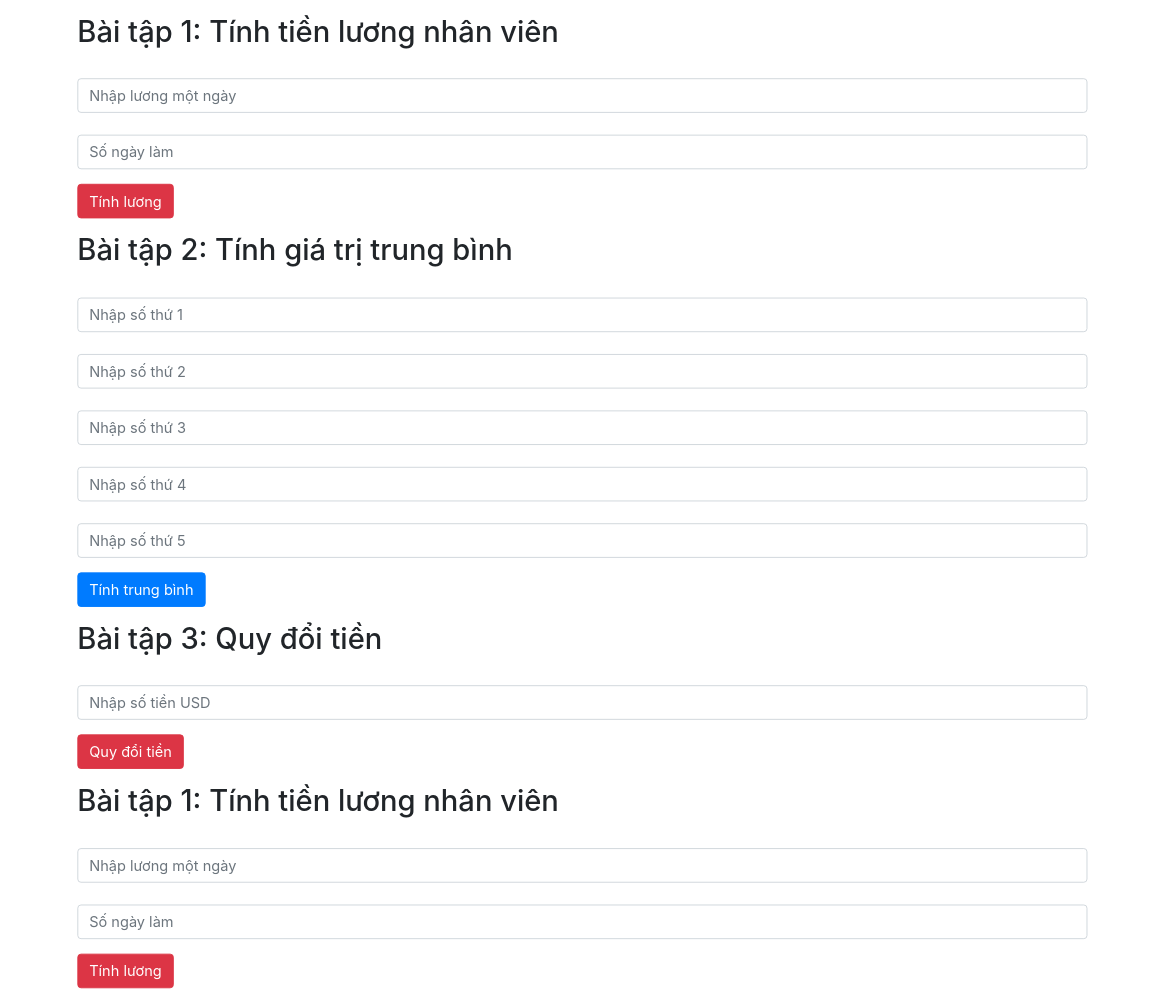
Repository: thanhfrankie/BC10-LeMinhThanh-Js-b2-3
Page: index.html
The author's editor kept a copy of each file at every save. The page is drawn from the files as they stood at one save, then again after the next save.
The browser window is 1280 px wide. The pictures show the whole page, at 91% of full size.

Above is the page before, as saved 2023-12-15 15:52:13.

### index.html
<!DOCTYPE html>
<html lang="en">
  <head>
    <title>Title</title>
    <!-- Required meta tags -->
    <meta charset="utf-8" />
    <meta
      name="viewport"
      content="width=device-width, initial-scale=1, shrink-to-fit=no"
    />

    <!-- Bootstrap CSS -->
    <link
      rel="stylesheet"
      href="https://stackpath.bootstrapcdn.com/bootstrap/4.3.1/css/bootstrap.min.css"
      integrity="sha384-ggOyR0iXCbMQv3Xipma34MD+dH/1fQ784/j6cY/iJTQUOhcWr7x9JvoRxT2MZw1T"
      crossorigin="anonymous"
    />
  </head>
  <body>
    <!-- Bài tập 1 -->
    <div class="container">
      <h2 class="mt-3">Bài tập 1: Tính tiền lương nhân viên</h2>
      <div class="form-group">
        <label for="luong-mot-ngay"></label>
        <input
          type="number"
          class="form-control"
          name=""
          id="luong-mot-ngay"
          aria-describedby="helpId"
          placeholder="Nhập lương một ngày"
          required
        />
        <label for="so-ngay-lam"></label>
        <input
          type="number"
          class="form-control"
          name=""
          id="so-ngay-lam"
          aria-describedby="helpId"
          placeholder="Số ngày làm"
          required
        />
        <button type="button" onclick="tinhLuong()" class="btn btn-danger mt-3">
          Tính lương
        </button>
      </div>
      <h2 id="luong-nhan-duoc"></h2>
    </div>
    <!-- Bài tập 2 -->
    <div class="container">
      <div class="form-group">
        <h2>Bài tập 2: Tính giá trị trung bình</h2>
        <label for="so-thu-1"></label>
        <input
          type="number"
          class="form-control"
          name=""
          id="so-thu-1"
          aria-describedby="helpId"
          placeholder="Nhập số thứ 1"
          required
        />
        <label for="so-thu-2"></label>
        <input
          type="number"
          class="form-control"
          name=""
          id="so-thu-2"
          aria-describedby="helpId"
          placeholder="Nhập số thứ 2"
          required
        />
        <label for="so-thu-3"></label>
        <input
          type="number"
          class="form-control"
          name=""
          id="so-thu-3"
          aria-describedby="helpId"
          placeholder="Nhập số thứ 3"
          required
        />
        <label for="so-thu-4"></label>
        <input
          type="number"
          class="form-control"
          name=""
          id="so-thu-4"
          aria-describedby="helpId"
          placeholder="Nhập số thứ 4"
          required
        />
        <label for="so-thu-5"></label>
        <input
          type="number"
          class="form-control"
          name=""
          id="so-thu-5"
          aria-describedby="helpId"
          placeholder="Nhập số thứ 5"
          required
        />
        <button type="button" onclick="tinhTrungBinh()" class="btn btn-primary mt-3">
          Tính trung bình
        </button>
        <h2 id="ket-qua-trung-binh"></h2>
      </div>
    </div>
    <!-- Bài tập 3-->
     <div class="container">
      <h2 class="mt-3">Bài tập 3: Quy đổi tiền</h2>
      <div class="form-group">
        <label for="so-luong-USD"></label>
        <input
          type="number"
          class="form-control"
          name=""
          id="so-luong-USD"
          aria-describedby="helpId"
          placeholder="Nhập số tiền USD"
          required
        />

        <button type="button" onclick="quyDoiTien()" class="btn btn-danger mt-3">
         Quy đổi tiền
        </button>
      </div>
      <h2 id="so-luong-VND"></h2>
    </div>

    <!-- Bài tập 4 -->
    <div class="container">
      <h2 class="mt-3">Bài tập 1: Tính tiền lương nhân viên</h2>
      <div class="form-group">
        <label for="luong-mot-ngay"></label>
        <input
          type="number"
          class="form-control"
          name=""
          id="luong-mot-ngay"
          aria-describedby="helpId"
          placeholder="Nhập lương một ngày"
          required
        />
        <label for="so-ngay-lam"></label>
        <input
          type="number"
          class="form-control"
          name=""
          id="so-ngay-lam"
          aria-describedby="helpId"
          placeholder="Số ngày làm"
          required
        />
        <button type="button" onclick="tinhLuong()" class="btn btn-danger mt-3">
          Tính lương
        </button>
      </div>
      <h2 id="luong-nhan-duoc"></h2>
    </div>
    <!-- Optional JavaScript -->
    <!-- jQuery first, then Popper.js, then Bootstrap JS -->
    <script
      src="https://code.jquery.com/jquery-3.3.1.slim.min.js"
      integrity="sha384-q8i/X+965DzO0rT7abK41JStQIAqVgRVzpbzo5smXKp4YfRvH+8abtTE1Pi6jizo"
      crossorigin="anonymous"
    ></script>
    <script
      src="https://cdnjs.cloudflare.com/ajax/libs/popper.js/1.14.7/umd/popper.min.js"
      integrity="sha384-UO2eT0CpHqdSJQ6hJty5KVphtPhzWj9WO1clHTMGa3JDZwrnQq4sF86dIHNDz0W1"
      crossorigin="anonymous"
    ></script>
    <script
      src="https://stackpath.bootstrapcdn.com/bootstrap/4.3.1/js/bootstrap.min.js"
      integrity="sha384-JjSmVgyd0p3pXB1rRibZUAYoIIy6OrQ6VrjIEaFf/nJGzIxFDsf4x0xIM+B07jRM"
      crossorigin="anonymous"
    ></script>
    <script src="./index.js"></script>
  </body>
</html>

### index.js
// Bài tập 1
/**
 * B1: tạo biến, lấy giá trị từ input
 * B2: Tính lương
 * + tạo biến để tính lương: lương 1 ngày * số ngày làm
 * + gán sự kiện click cho button
 * B3: hiển thị kết quả
 */
function tinhLuong() {
  // B1:
  var luongMotNgay = document.getElementById("luong-mot-ngay").value;
  var soNgayLam = document.getElementById("so-ngay-lam").value;
  // B2, B3:
  var luongNhanDuoc = document.getElementById("luong-nhan-duoc");
  luongNhanDuoc.innerText = luongMotNgay * soNgayLam;
}
// Bài tập 2
/**
 * B1: tạo biến, lấy giá trị từ input
 * B2: Tính giá trị trung bình
 * + tạo biến để tính giá trị trung bình: tổng các giá trị đã nhập / số giá trị đã nhập
 * + gán sự kiện click cho button
 * B3: hiển thị kết quả
 */
function tinhTrungBinh() {
    var soThu1 = document.getElementById("so-thu-1").value  *1
    var soThu2 = document.getElementById("so-thu-2").value  *1
    var soThu3 = document.getElementById("so-thu-3").value *1
    var soThu4 = document.getElementById("so-thu-4").value *1
    var soThu5 = document.getElementById("so-thu-5").value *1

    var trungBinh =   (soThu1 + soThu2 + soThu3 + soThu4 + soThu5) /5
    var ketQua = document.getElementById("ket-qua-trung-binh")
    ketQua.innerText = trungBinh
}

// Bài tập 3
/**
 * B1: tạo biến, lấy giá trị từ input
 * B2: Tính ra số lượng VND theo số USD đã nhập
 * + tạo biến để tính lượng VND: tổng VND = tổng USD *23500
 * + gán sự kiện click cho button
 * B3: hiển thị kết quả
 */
function quyDoiTien() {
    var giaMotUSD = 23500
    var soLuongUSD = document.getElementById("so-luong-USD").value *1

    var quyDoiSangVND = soLuongUSD * giaMotUSD

    var soLuongVND = document.getElementById("so-luong-VND")
    soLuongVND.innerText = quyDoiSangVND
}

After the next save:
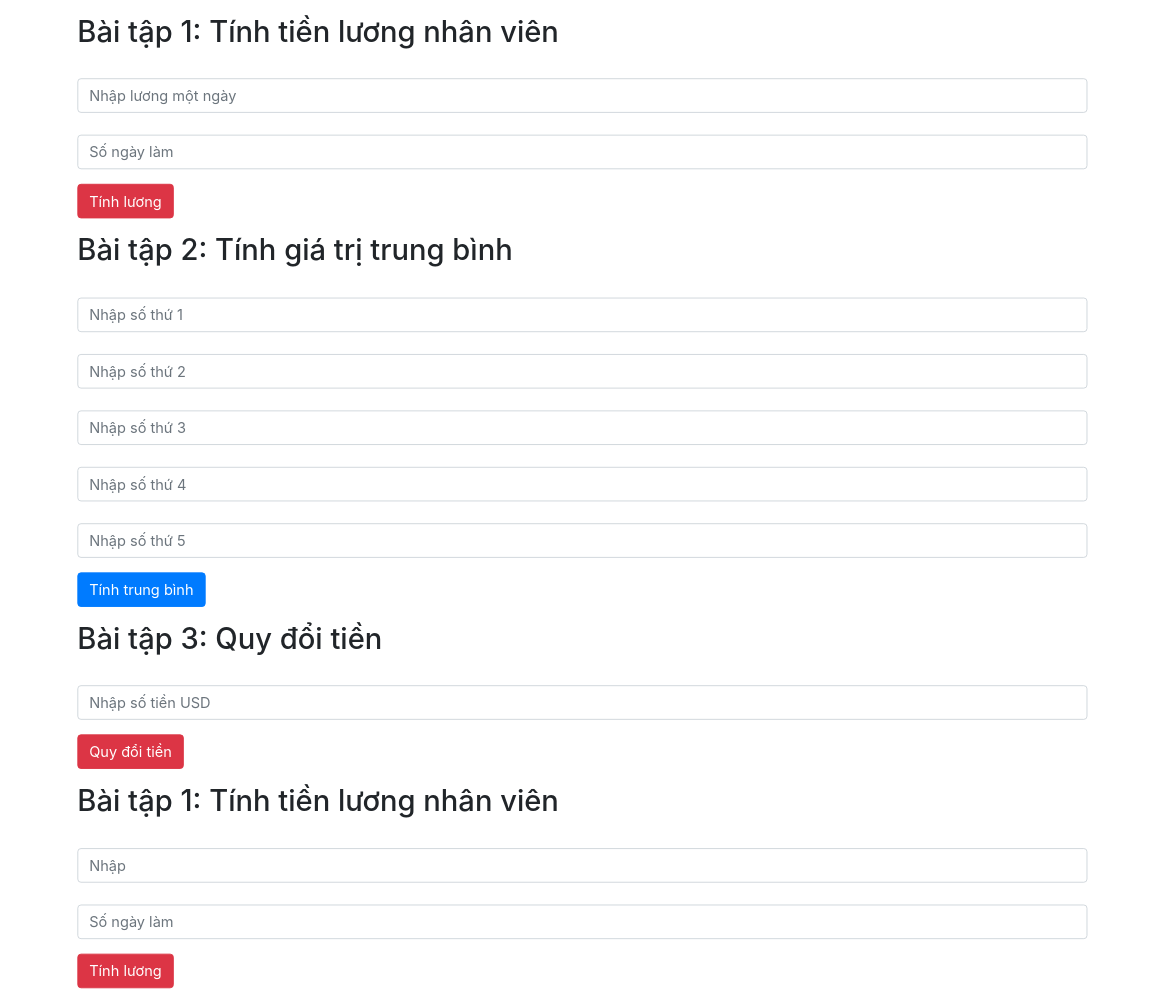
Saved 4 s later.
--- a/index.html
+++ b/index.html
@@ -141,7 +141,7 @@
           name=""
           id="luong-mot-ngay"
           aria-describedby="helpId"
-          placeholder="Nhập lương một ngày"
+          placeholder="Nhập "
           required
         />
         <label for="so-ngay-lam"></label>
